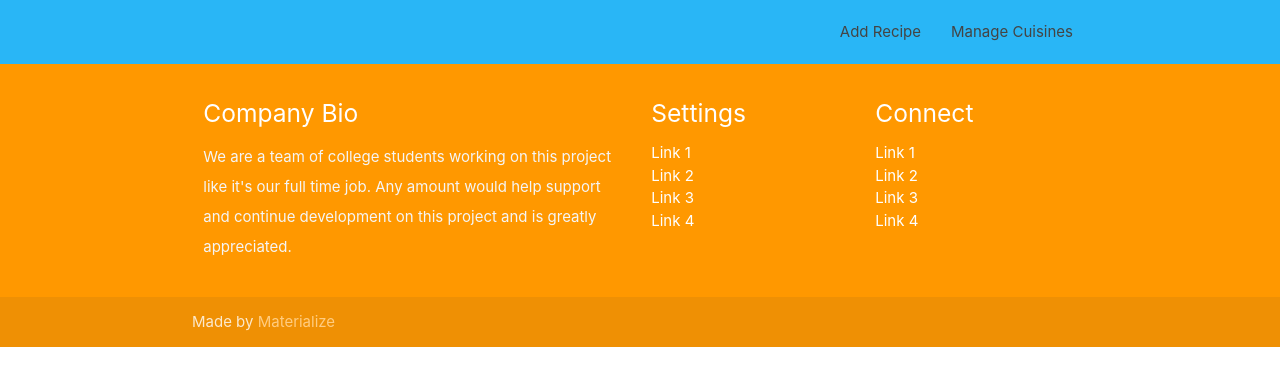
Repository: keefm6776/cookery-website
Page: http://localhost/
The author's editor kept a record of every edit. The page is drawn from the files as they stood at one moment, then again after the next edit.
The browser window is 1280 px wide. The pictures show the whole page.
The page is served by the project's application, run on Flask 3 (app.py). Queries for data that is not in the repository find no rows.

Above is the page before.

After the next edit:
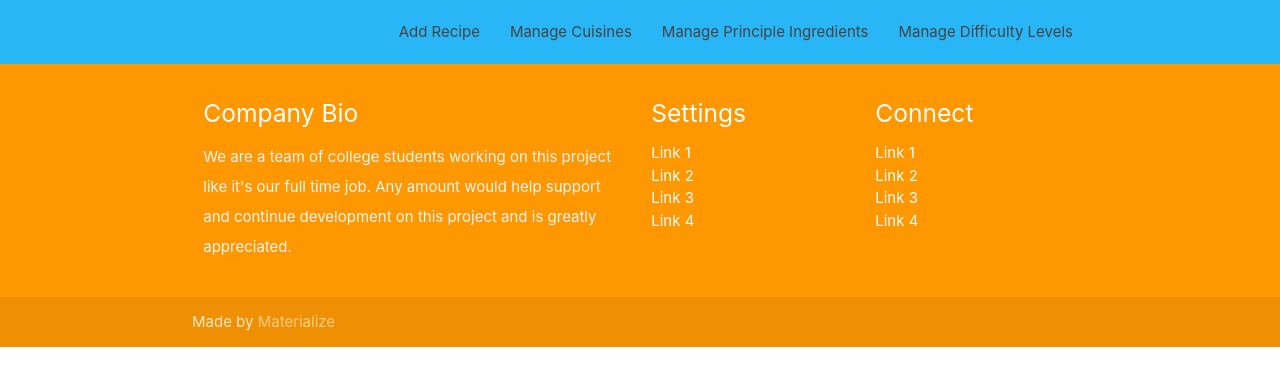
The edit:
--- a/templates/base.html
+++ b/templates/base.html
@@ -20,6 +20,8 @@
       <ul class="right hide-on-med-and-down">
         <li><a href="{{url_for('add_recipe')}}">Add Recipe</a></li>
         <li><a href="{{url_for('manage_cuisines')}}">Manage Cuisines</a></li>
+        <li><a href="{{url_for('get_principles')}}">Manage Principle Ingredients</a></li>
+        <li><a href="{{url_for('get_difficulties')}}">Manage Difficulty Levels</a></li>
       </ul>
 
       <ul id="nav-mobile" class="sidenav">
